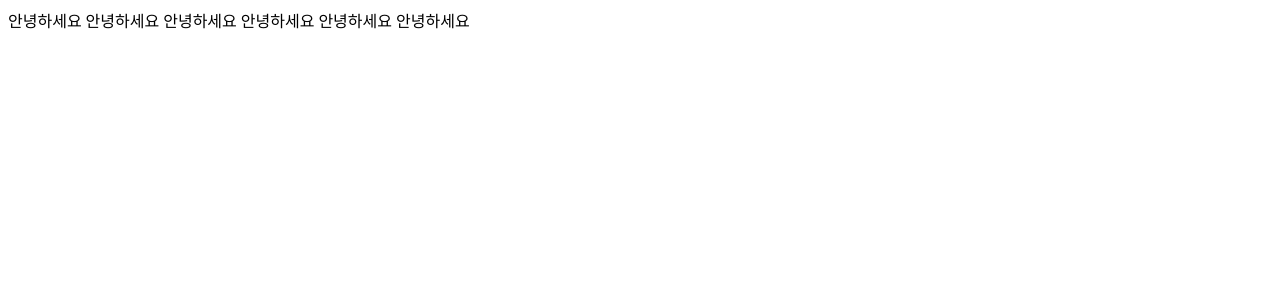
Repository: moonsae/jsp
Page: http://localhost/ELprj0908/0908qz2
An editor plug-in stored every save of this project. The page is shown before and after the next save, followed by the edit.
The browser window is 1280 px wide. The pictures show the whole page.
The page is served by Tomcat 9.

Above is the page before, as saved 2023-09-08 06:09:47.

After the next save:
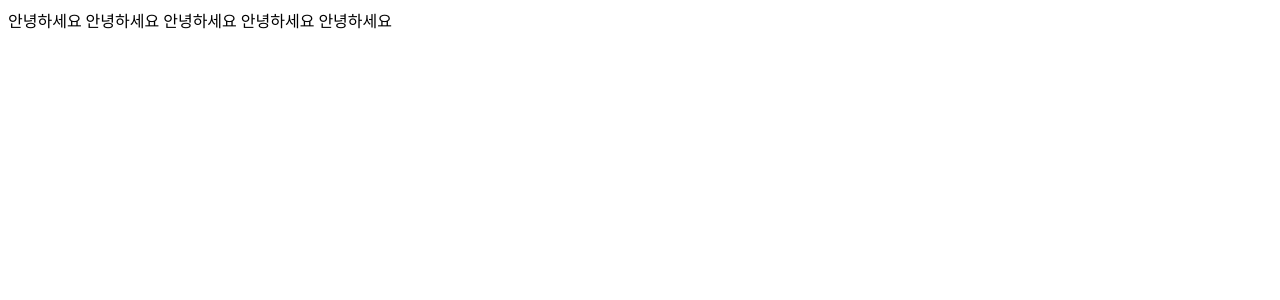
Saved 31 s later.
--- a/ELprj0908/src/main/webapp/WEB-INF/views/qz2.jsp
+++ b/ELprj0908/src/main/webapp/WEB-INF/views/qz2.jsp
@@ -11,7 +11,6 @@
 <body>
 
 <c:set var="hi" value="안녕하세요"/>
-${hi}
 <c:forEach var="i" begin="1" end="5">
      ${hi}
 </c:forEach>
